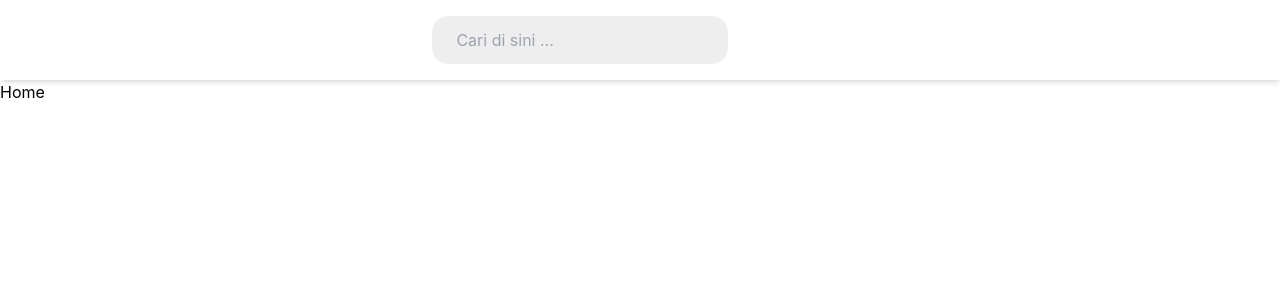
Repository: farrelmuhammad/real-estate-react
Page: /
The author's editor kept a copy of each file at every save. The page is drawn from the files as they stood at one save, then again after the next save.
The browser window is 1280 px wide. The pictures show the whole page.
The project was rebuilt for these pictures with package versions that can differ from the ones it lists, and the page was loaded fresh each time. Also part of the build but not shown: src/App.css.

Above is the page before, as saved 2023-02-06 18:32:40.

After the next save:
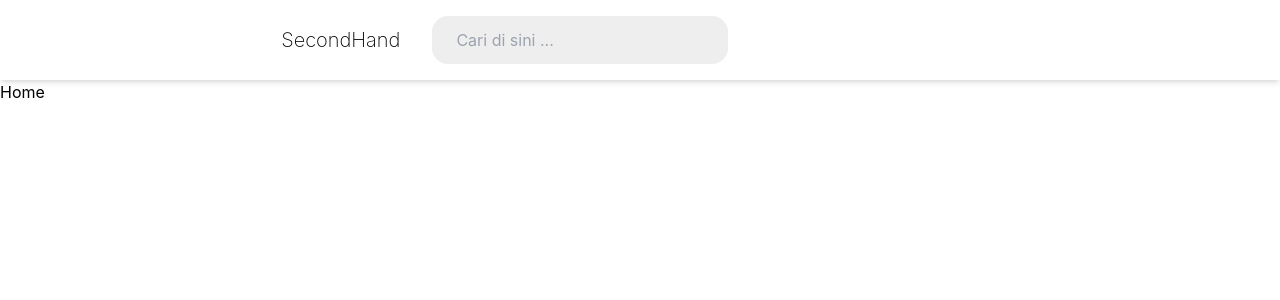
Saved 24 s later.
--- a/src/components/Navbar.jsx
+++ b/src/components/Navbar.jsx
@@ -9,7 +9,7 @@ const Navbar = () => {
             >
                 <div className="container-fluid w-full flex flex-wrap items-center justify-between lg:justify-around lg:max-w-screen-lg lg:mx-auto">
                     <div className="hidden lg:flex gap-5 items-center lg:flex-grow-0">
-                        <div className="bg-purple-5 px-3 py-2 text-xl text-white font-extralight">SecondHand</div>
+                        <div className="bg-purple-5 px-3 py-2 text-xl text-black font-extralight">SecondHand</div>
                         <div className="h-12 bg-white rounded-2xl py-3 px-6 text-neutral-3 flex lg:bg-[#EEEEEE]">
                             <input
                                 className="w-full h-full bg-transparent focus:outline-none"
